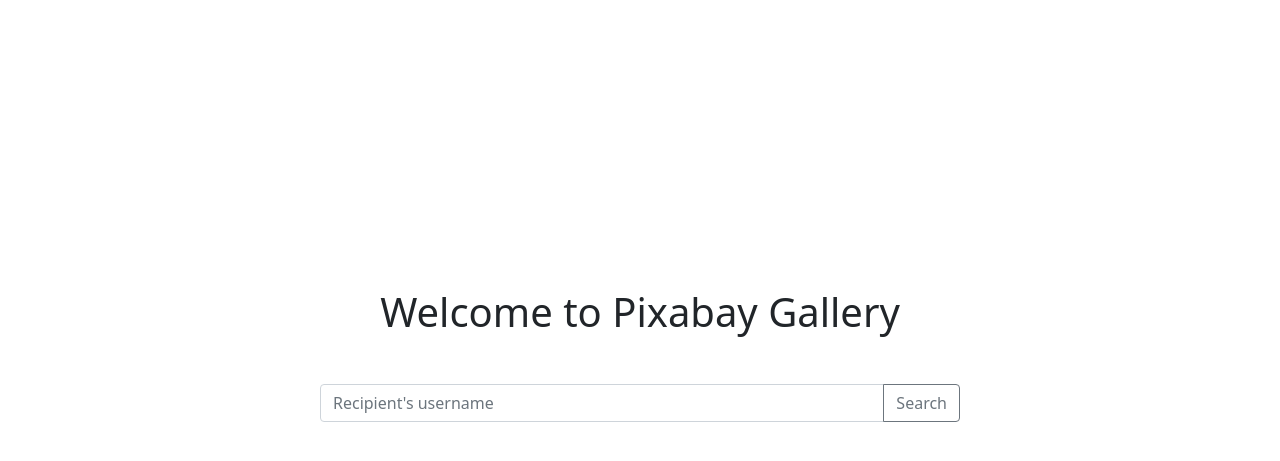
Repository: mehedi9465/PixaBay-Gallery
Page: index.html
These files come from the project's save history. The page is drawn as it stood at one moment and after the next save; the edit follows.
The browser window is 1280 px wide. The pictures show the whole page.

Above is the page before, as saved 2023-05-09 15:25:22.

After the next save:
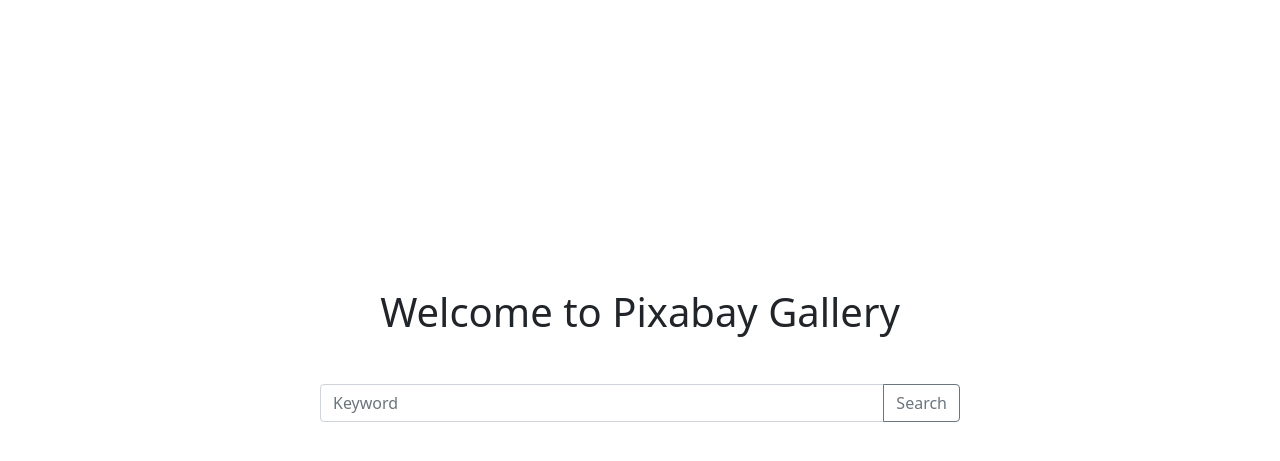
Saved 2 min 1 s later.
--- a/index.html
+++ b/index.html
@@ -54,8 +54,8 @@
             <input
               type="text"
               class="form-control"
-              placeholder="Recipient's username"
-              aria-label="Recipient's username"
+              placeholder="Keyword"
+              aria-label="Keyword"
               aria-describedby="button-addon2"
               id="InputField"
             />

After the 3 saves that followed:
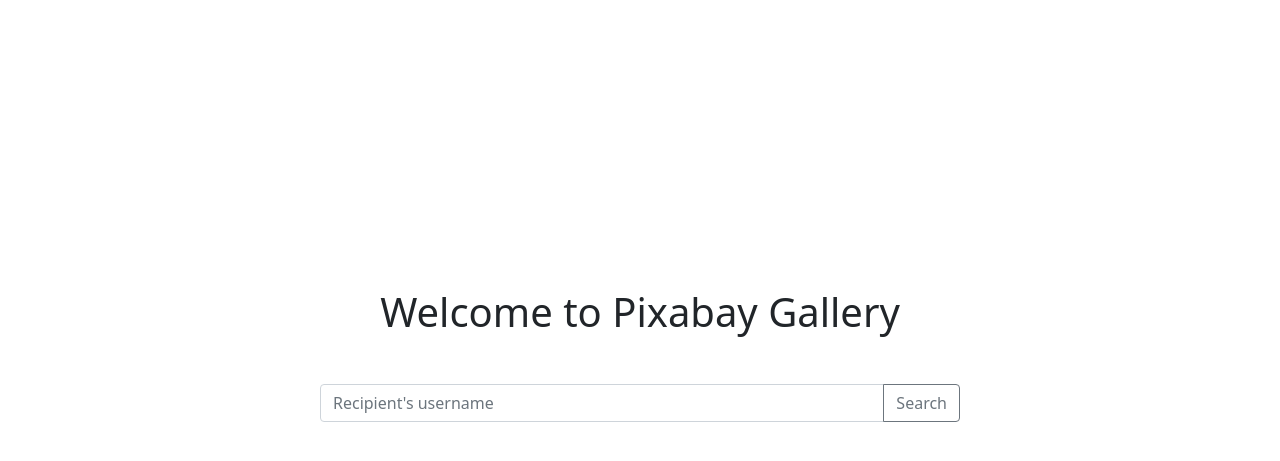
The 3 saves are shown as one change because 1 left the picture as it was and some came seconds apart.
The last was saved 64 s later.
--- a/index.html
+++ b/index.html
@@ -54,8 +54,8 @@
             <input
               type="text"
               class="form-control"
-              placeholder="Keyword"
-              aria-label="Keyword"
+              placeholder="Recipient's username"
+              aria-label="Recipient's username"
               aria-describedby="button-addon2"
               id="InputField"
             />
